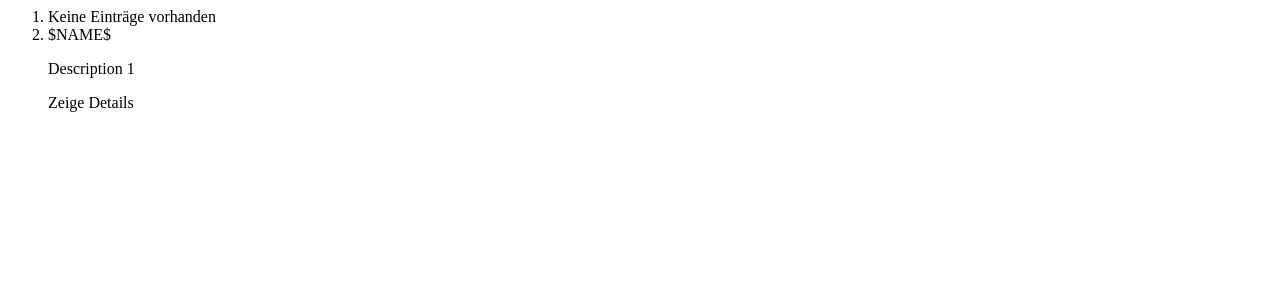
Repository: KIThubber/Fitnesstagebuch
Page: Frontend/src/page-workoutexercises/page-workoutexercises.html
These files come from the project's save history. The page is drawn as it stood at one moment and after the next save; the edit follows.
The browser window is 1280 px wide. The pictures show the whole page.

Above is the page before, as saved 2022-05-08 18:02:52.

### Frontend/src/page-workoutexercises/page-workoutexercises.html
<main>
    <!-- <ol> -->
        <ol>

                <!-- Platzhalter für eine leere Liste -->
                <li class="empty-placeholder">
                    <div class="name">
                        Keine Einträge vorhanden
                    </div>
                </li>

                <!-- Vorlage für einen Eintrag in der Liste -->
                <section class="section-news">
                    <div class="card">
                        <li class="list-entry" data-id="$ID$">
                            <div class="name">
                                $NAME$
                                <p>Description 1</p>
                            </div>
                            <div class="actions">
                                <div class="action showExcercises">
                                    <a>Zeige Details</a>
                                </div>
                            </div>
                        </li>
                    </div>
            </section>
        </ol>
</main>

After the next save:
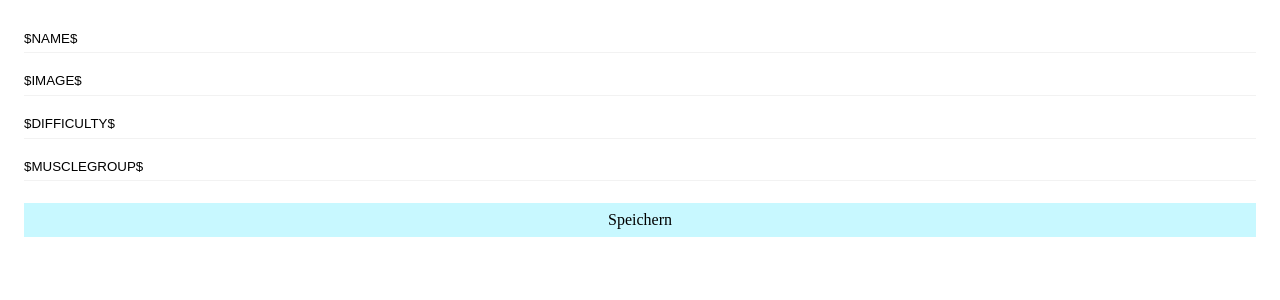
Saved 103 s later.
--- a/Frontend/src/page-workoutexercises/page-workoutexercises.html
+++ b/Frontend/src/page-workoutexercises/page-workoutexercises.html
@@ -1,29 +1,68 @@
+<!-- Stylesheet der Seite -->
+<style>
+    /* FORMULARFELDER */
+    main {
+        background-color: white;
+        padding: 1em;
+    }
+
+    main .form > * {
+        /* display: block; */
+        width: 100%;
+
+        border: 0px solid #F2F2F2;
+        border-bottom-width: 1px;
+
+        padding: 0.5em 0 0.5em 0;
+        margin-bottom: 1em;
+    }
+
+    /* AKTIONSBUTTONS */
+    main .actions {
+        display: flex;
+        justify-content: space-between;
+    }
+
+    main .actions > div {
+        padding: 0.5em;
+        margin: 0.5em;
+        background-color: #C8F8FF;
+        flex: 1;
+        text-align: center;
+    }
+
+    main .actions > div:first-child {
+        margin-left: 0;
+    }
+
+    main .actions > div:last-child {
+        margin-right: 0;
+    }
+
+    main .actions > div:hover {
+        background-color: #f0f0f0;
+        cursor: pointer;
+    }
+</style>
+
+<!-- Inhalt der Seite -->
 <main>
-    <!-- <ol> -->
-        <ol>
+</ol>
 
-                <!-- Platzhalter für eine leere Liste -->
-                <li class="empty-placeholder">
-                    <div class="name">
-                        Keine Einträge vorhanden
-                    </div>
-                </li>
 
-                <!-- Vorlage für einen Eintrag in der Liste -->
-                <section class="section-news">
-                    <div class="card">
-                        <li class="list-entry" data-id="$ID$">
-                            <div class="name">
-                                $NAME$
-                                <p>Description 1</p>
-                            </div>
-                            <div class="actions">
-                                <div class="action showExcercises">
-                                    <a>Zeige Details</a>
-                                </div>
-                            </div>
-                        </li>
-                    </div>
-            </section>
-        </ol>
+    <div>
+        <div class="form">
+            <input class="name" placeholder="name" value="$NAME$" />
+            <input class="image" placeholder="image" value="$IMAGE$" />
+            <input class="difficulty" placeholder="difficulty" value="$DIFFICULTY$" />
+            <input class="muscleGroup" placeholder="muscleGroup" value="$MUSCLEGROUP$" />
+
+        </div>
+        <div class="actions">
+            <div class="action save">
+                <a>Speichern</a>
+            </div>
+        </div>
+    </div>
+</ol>
 </main>
